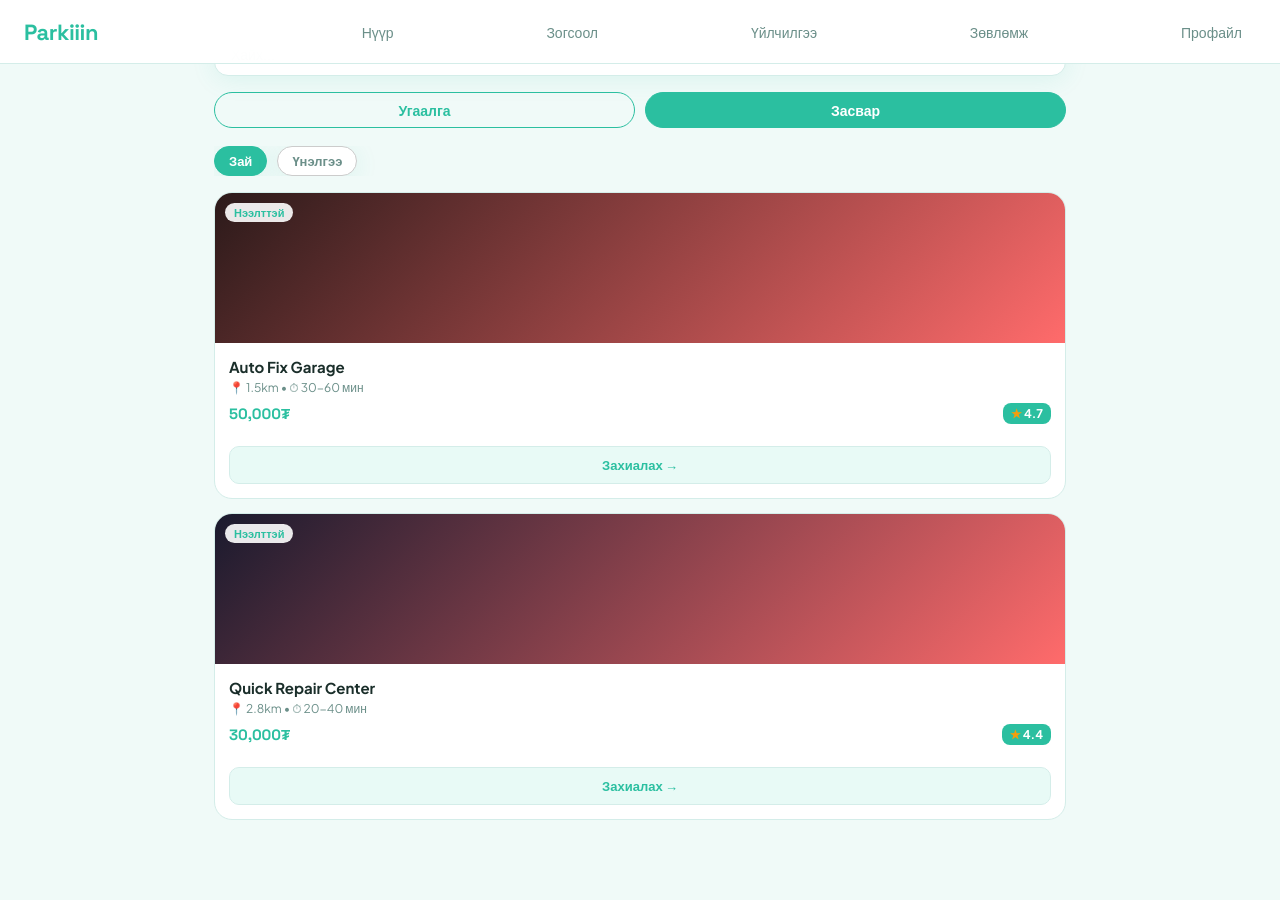
Repository: Enkhush03/Parkiiin_final
Page: /repair (app in frontend/)
An editor plug-in stored every save of this project. The page is shown before and after the next save, followed by the edit.
The browser window is 1280 px wide. The pictures show the whole page.
The project was rebuilt for these pictures with package versions that can differ from the ones it lists, and the page was loaded fresh each time. Also part of the build but not shown: frontend/vite.config.js, frontend/src/pages/Washing.jsx, frontend/src/components/Booking/WashBooking.jsx, frontend/src/components/Booking/RepairBooking.jsx, frontend/src/pages/Booking.jsx, frontend/src/pages/Success.jsx.

Above is the page before, as saved 2026-05-10 15:30:28.

After the next save:
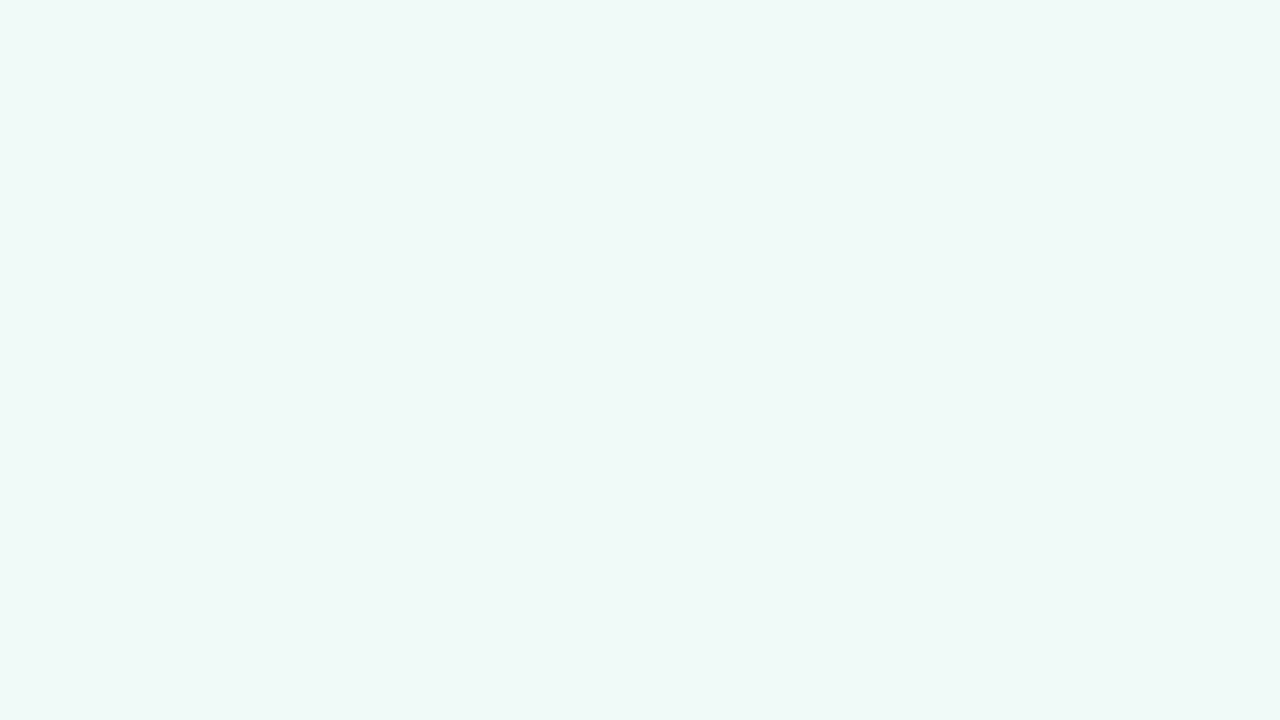
Console error: ReferenceError: services is not defined
Saved 5 min 30 s later.
--- a/frontend/src/pages/Repair.jsx
+++ b/frontend/src/pages/Repair.jsx
@@ -1,7 +1,7 @@
 import "../../../styles/main.css"
-import { useState } from "react"
+import { useState, useEffect } from "react"
 import ServiceCard from "../components/ServiceCard"
-import Navbar from "../components/Navbar"
+import Navbar from "../components/Navbar/Navbar"
 import SearchBar from "../components/SearchBar"
 import { Link } from "react-router-dom"
 
@@ -11,35 +11,35 @@
   const [activeTab, setActiveTab] = useState("repair")
   const [sortType, setSortType] = useState("distance")
 
-  const services = [
-  {
-    name: "Auto Fix Garage",
-    distance: "1.5km",
-    time: "30-60 мин",
-    price: "50,000₮",
-    rating: 4.7,
-    tag: "Нээлттэй",
-    type: "repair",
-    gradient: "linear-gradient(135deg,#2b1a1a,#ff6b6b)"
-  },
-  {
-    name: "Quick Repair Center",
-    distance: "2.8km",
-    time: "20-40 мин",
-    price: "30,000₮",
-    rating: 4.4,
-    tag: "Нээлттэй",
-    type: "repair",
-    gradient: "linear-gradient(135deg,#1a1a2e,#ff6b6b)"
-  }
-]
+//   const services = [
+//   {
+//     name: "Auto Fix Garage",
+//     distance: "1.5km",
+//     time: "30-60 мин",
+//     price: "50,000₮",
+//     rating: 4.7,
+//     tag: "Нээлттэй",
+//     type: "repair",
+//     gradient: "linear-gradient(135deg,#2b1a1a,#ff6b6b)"
+//   },
+//   {
+//     name: "Quick Repair Center",
+//     distance: "2.8km",
+//     time: "20-40 мин",
+//     price: "30,000₮",
+//     rating: 4.4,
+//     tag: "Нээлттэй",
+//     type: "repair",
+//     gradient: "linear-gradient(135deg,#1a1a2e,#ff6b6b)"
+//   }
+// ]
 
   //  filter
   const filteredServices = services
     .filter((s) =>
       s.name.toLowerCase().includes(query.toLowerCase())
     )
-    .filter((s) => s.type === activeTab)
+    .filter((s) => s.type === 'repair')
 
   //  sort
   const parseDistance = (d) => parseFloat(d)
@@ -58,44 +58,49 @@
     <>
       <Navbar />
 
-      <main className="services-content">
+      <div className="page-header" style={{ paddingTop: '64px' }}>
+        <div className="page-header-inner">
+          <h1>Ойролцоох үйлчилгээ</h1>
+          <p>Угаалга, засвар болон бусад</p>
+        </div>
+      </div>
 
-        <SearchBar onSearch={setQuery} />
+      <main className="services-content" style={{ paddingBottom: '100px' }}>
 
-        {/* Tabs */}
-        <div className="service-tabs">
+        {/* ── Search ─────────────────────────────────────── */}
+        <div className="search-bar" style={{ marginBottom: '18px' }} role="search">
+          <svg viewBox="0 0 24 24" aria-hidden="true">
+            <circle cx="11" cy="11" r="8" />
+            <line x1="21" y1="21" x2="16.65" y2="16.65" />
+          </svg>
+          <input type="text" placeholder="Үйлчилгээний газар хайх..." value={query} onChange={(e) => setQuery(e.target.value)}
+            autoComplete="off" aria-label="Засварын газар хайх" />
+        </div>
 
-  <Link
-    to="/"
-    className="service-tab"
-  >
-    Угаалга
-  </Link>
+        {/* ── Service type tabs ──────── */}
+        <div className="service-tabs" role="tablist" aria-label="Үйлчилгээний төрөл">
+          <Link to="/washing" className="service-tab" role="tab" aria-selected="false">Угаалга</Link>
+          <Link to="/repair" className="service-tab active" role="tab" aria-selected="true">Засвар</Link>
+        </div>
 
-  <Link
-    to="/repair"
-    className="service-tab active"
-  >
-    Засвар
-  </Link>
-
-</div>
-
-        {/* Sort */}
-        <div className="wash-filters">
-          <button
-  className={`wash-filter-sort ${sortType === "distance" ? "active" : ""}`}
-  onClick={() => setSortType("distance")}
->
-  Зай
-</button>
-
-<button
-  className={`wash-filter-sort ${sortType === "rating" ? "active" : ""}`}
-  onClick={() => setSortType("rating")}
->
-  Үнэлгээ
-</button>
+        {/* ── Filter row ─────────────────────────────────── */}
+        <div className="wash-filters" role="group" aria-label="Шүүлтүүр">
+          <button className="wash-filter-primary" aria-pressed="false">
+            <svg viewBox="0 0 24 24" aria-hidden="true">
+              <line x1="4" y1="6" x2="20" y2="6" />
+              <line x1="8" y1="12" x2="16" y2="12" />
+              <line x1="11" y1="18" x2="13" y2="18" />
+            </svg>
+            Бүх шүүлтүүр
+          </button>
+          <button className={`wash-filter-sort ${sortType === 'distance' ? 'active' : ''}`} onClick={() => setSortType('distance')} aria-label="Зайгаар эрэмбэлэх">
+            Зай
+            <svg viewBox="0 0 24 24" aria-hidden="true"><polyline points="6 9 12 15 18 9" /></svg>
+          </button>
+          <button className={`wash-filter-sort ${sortType === 'rating' ? 'active' : ''}`} onClick={() => setSortType('rating')} aria-label="Үнэлгээгээр эрэмбэлэх">
+            Үнэлгээ
+            <svg viewBox="0 0 24 24" aria-hidden="true"><polyline points="6 9 12 15 18 9" /></svg>
+          </button>
         </div>
 
         {/* Cards */}

After the 3 saves that followed:
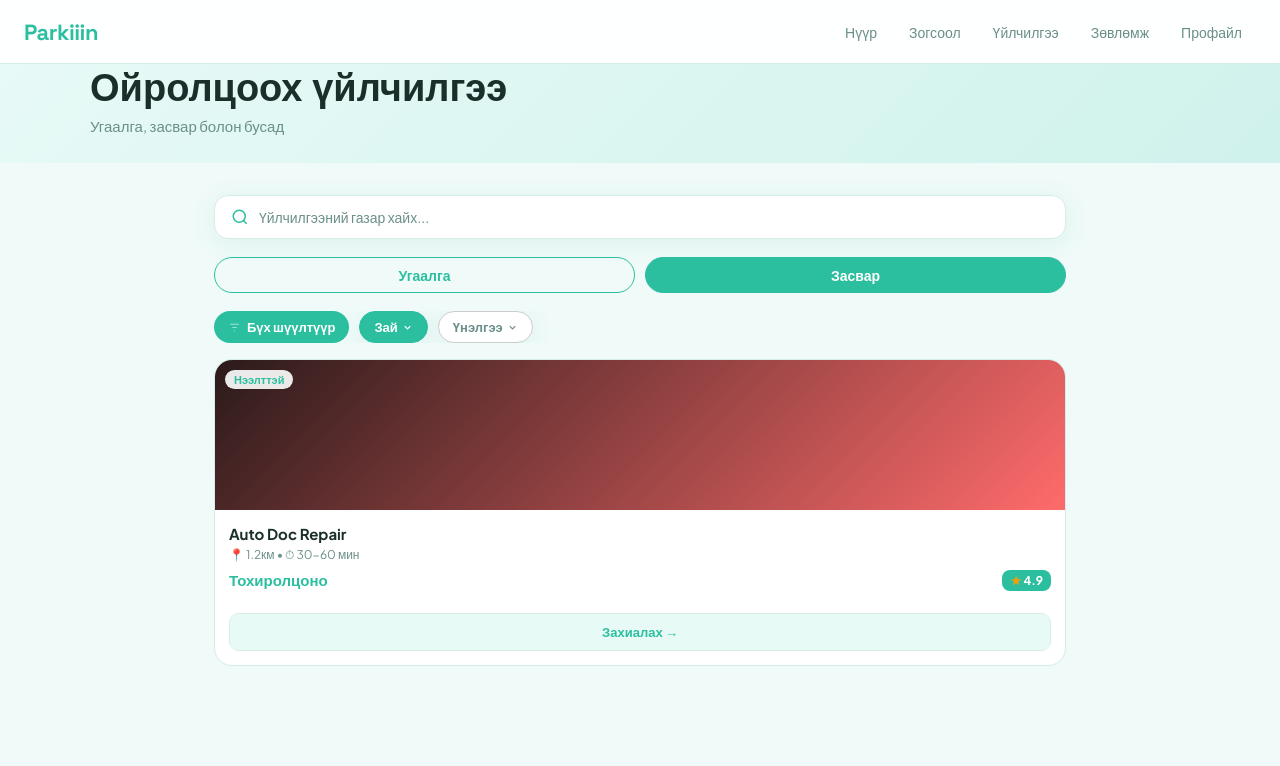
The error is gone.
The 3 saves are shown as one change because 2 left the picture as it was.
The last was saved 2 min 17 s later.
--- a/frontend/src/pages/Repair.jsx
+++ b/frontend/src/pages/Repair.jsx
@@ -10,36 +10,34 @@
   const [query, setQuery] = useState("")
   const [activeTab, setActiveTab] = useState("repair")
   const [sortType, setSortType] = useState("distance")
+  const [services, setServices] = useState([])
 
-//   const services = [
-//   {
-//     name: "Auto Fix Garage",
-//     distance: "1.5km",
-//     time: "30-60 мин",
-//     price: "50,000₮",
-//     rating: 4.7,
-//     tag: "Нээлттэй",
-//     type: "repair",
-//     gradient: "linear-gradient(135deg,#2b1a1a,#ff6b6b)"
-//   },
-//   {
-//     name: "Quick Repair Center",
-//     distance: "2.8km",
-//     time: "20-40 мин",
-//     price: "30,000₮",
-//     rating: 4.4,
-//     tag: "Нээлттэй",
-//     type: "repair",
-//     gradient: "linear-gradient(135deg,#1a1a2e,#ff6b6b)"
-//   }
-// ]
-
+useEffect(() => {
+    fetch('/api/parking.json')
+    .then(res => res.json())
+    .then(data =>{
+      // JSON дотроос repair төрөлтэй үйлчилгээг шүүж авах
+      const repairServices = data.services
+        .filter(s => s.type === 'repair')
+        .map(s => ({
+          ...s,
+          // Сүүлд гарч ирэх картуудад хэрэгтэй нэмэлт талбарууд
+          distance: s.loc.includes("км") ? s.loc.split(",")[1].trim() : "1.5km",
+          time: "30-60 мин",
+          tag: "Нээлттэй",
+          type: "repair",
+          gradient: "linear-gradient(135deg,#2b1a1a,#ff6b6b)"
+        }));
+      setServices(repairServices);
+    })
+    .catch(err => console.error("Error loading services:", err));
+  }, []);
   //  filter
   const filteredServices = services
     .filter((s) =>
       s.name.toLowerCase().includes(query.toLowerCase())
     )
-    .filter((s) => s.type === 'repair')
+    .filter((s) => s.type === activeTab)
 
   //  sort
   const parseDistance = (d) => parseFloat(d)
